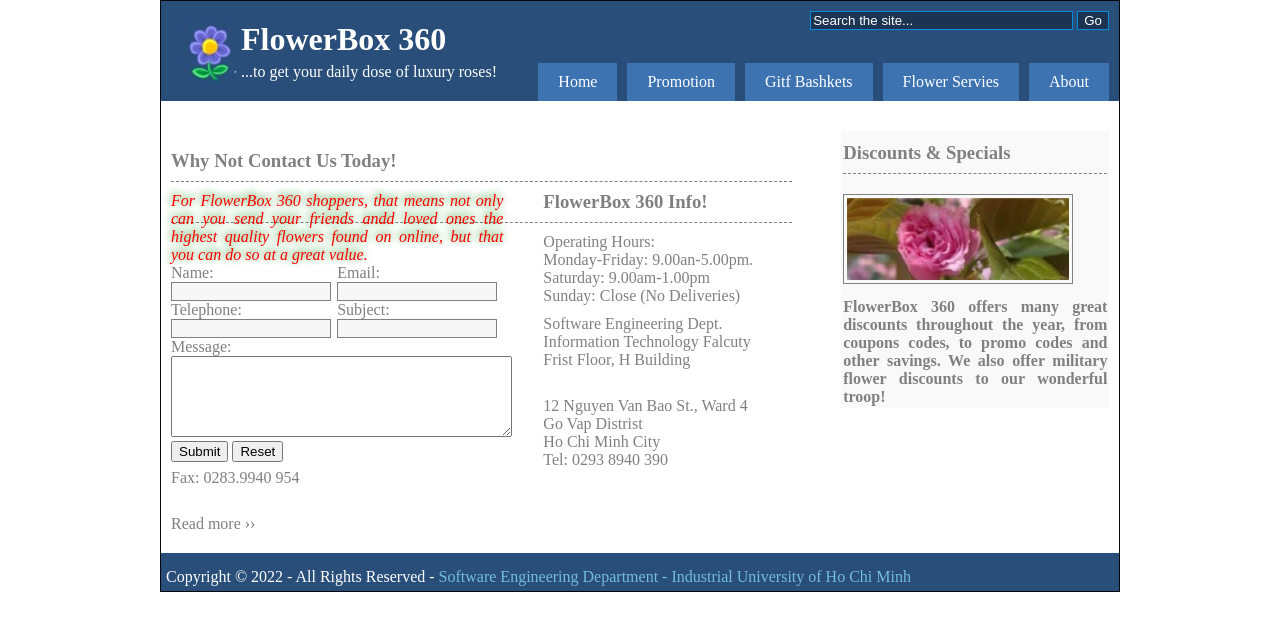
Repository: duongtheng/bai-tap-tuan-6
Page: html/index.html
An editor plug-in stored every save of this project. The page is shown before and after the next save, followed by the edit.
The browser window is 1280 px wide. The pictures show the whole page.

Above is the page before, as saved 2022-03-23 14:18:49.

### html/index.html
<!DOCTYPE html>
<html lang="en">
<head>
    <meta charset="UTF-8">
    <meta http-equiv="X-UA-Compatible" content="IE=edge">
    <meta name="viewport" content="width=device-width, initial-scale=1.0">
    <title>Tuan 06</title>
    <link rel="stylesheet" href="../css/style.css">
</head>
<body>
    <header>
        <img src="../img/logo.jpg" alt="">
        <h1>FlowerBox 360</h1>
        <p>...to get your daily dose of luxury roses!</p>
        <form action="">
            <input type="search" id="txtSearch" placeholder="Search the site..." size="30">
            <button>Go</button>
        </form>
        <ul class="menu-parent">
            <li><a href="">Home</a></li>
            <li><a href="">Promotion</a></li>
            <li><a href="">Gitf Bashkets</a></li>
            <li><a href="">Flower Servies</a>
                <ul class="menu-child">
                    <li><a href="">Flower for Wedding</a></li>
                    <li><a href="">Flower for Conference</a></li>
                </ul>
            </li>
            <li><a href="">About</a></li>
        </ul>
    </header>
    <section>
        <h3>Why Not Contact Us Today!</h3>
        <form action="">
            <p><i>For FlowerBox 360 shoppers, that means not only can you send your friends andd loved ones
                the highest quality flowers found on online, but that you can do so at a great value.
            </i></p>
            <div class="form-row">
                <div class="form-col">
                    <label for="txtName">Name: </label>
                    <input type="text" id="txtName">
                </div>
                <div class="form-col">
                    <label for="txtEmail">Email: </label>
                    <input type="email" id="txtEmail">
                </div>
            </div>
            <div class="form-row">
                <div class="form-col">
                    <label for="txtName">Telephone: </label>
                    <input type="text" id="txtName">
                </div>
                <div class="form-col">
                    <label for="txtEmail">Subject: </label>
                    <input type="email" id="txtEmail">
                </div>
            </div>
            <div class="form-row">
                <label for="txtMessage">Message: </label>
                <textarea id="txtMessage" cols="40" rows="5"></textarea>
            </div>
            <div class="form-row">
                <button type="submit">Submit </button>
                <button type="reset">Reset </button>
            </div>
        </form>

    <div id="section-right">
        <h3>FlowerBox 360 Info!</h3>
        <p>
            Operating Hours: <br> Monday-Friday: 9.00an-5.00pm. <br> Saturday: 9.00am-1.00pm <br> Sunday: Close (No Deliveries) <br>
        </p>
        <p>
            Software Engineering Dept. <br> Information Technology Falcuty <br> Frist Floor, H Building <br><br>
        </p>
        <p>
            12 Nguyen Van Bao St., Ward 4 <br> Go Vap Distrist <br> Ho Chi Minh City <br> Tel: 0293 8940 390 <br> Fax: 0283.9940 954
        </p>
        <br>
        <p>Read more &#155;&#155;</p>
    </div>
    </section>
    <aside>
        <h3>Discounts & Specials</h3>
        <img src="../img/flower.jpg" alt="">
        <p>
            FlowerBox 360 offers many great discounts throughout the year, from coupons codes, to promo codes and other savings.
            We also offer military flower discounts to our wonderful troop!
        </p>
    </aside>
    <footer>
        <p>
            <span style="color: white;">Copyright &copy; 2022 - All Rights Reserved - </span>
            <span style="color: rgb(114, 189, 219);">Software Engineering Department - Industrial University of Ho Chi Minh </span>
        </p>
    </footer>
</body>
</html>

### css/style.css
*{
    margin: 0 auto;
    box-sizing: border-box;
}

body{
    width: 960px;
    border: 1px solid rgb(6, 6, 14);
    color: gray;
}

header{
    height: 100px;
    background-color: #294e79;
    position: relative;
    color: white;
}

header img{
    position: absolute;
    top: 20px;
    left: 20px;
}

header h1{
    position: absolute;
    top: 20px;
    left: 80px;
}

header p{
    position: absolute;
    bottom: 20px;
    left: 80px;
}

header form{
    position: absolute;
    top: 10px;
    right: 10px;
}

.menu-parent{
    position: absolute;
    right: 10px;
    bottom: 0;
    display: flex;
    list-style: none;
}

.menu-parent a{
    color: white;
    padding: 10px 20px;
    display: block;
    text-decoration: none;
    background-color: #3d73b1;
    margin-left: 10px;
}

.menu-parent a:hover{
    color: rgb(63, 63, 139);
}

.menu-child{
    display: none;
}

.menu-parent li:hover .menu-child{
    display: block;
    position: absolute;
    margin-left: -40px;
}

header input,
header button{
    background-color: #1c3451;
    border: 1px solid #058bde;
}

header input::-webkit-input-placeholder,
header button{
    color: white;
}

section{
    width: 70%;
    float: left;
    padding: 40px 40px 20px 10px;
}

section form{
    width: 60%;
    float: left;
    padding-right: 40px;
}

section form p{
    text-shadow: green -1px -2px 0.5em;
}

section input{
    width: 160px;
    background-color: #f7f7f7;
    border: 1px solid gray;
}

section area{
    background-color: #f7f7f7;
    border: 1px solid gray;
}

section form p:first-child{
    color: red;
    text-shadow: 4px 4px 4px 5px green;
}

.section-right{
    width: 40%;
    float: right;
}

.form-col{
    width: 50%;
    float: left;
}

.form-row{
    clear: both;
    float: left;
}

aside{
    width: 28%;
    float: right;
    margin: 30px 1%;
    background-color: #f9f9f9;
    padding: 2px;
}

aside img{
    width: 230px;
    margin-top: 20px;
    border: 1px solid gray;
    padding: 3px;
}

p{
    margin-top: 10px;
    text-align: justify;
}

aside p:last-child{
    font-weight: bold;
    float: right;
}

h3{
    border-bottom: 1px dashed gray;
    line-height: 40px;
}

footer{
    clear: both;
    background-color: #294e79;
    padding: 5px;
}

After the next save:
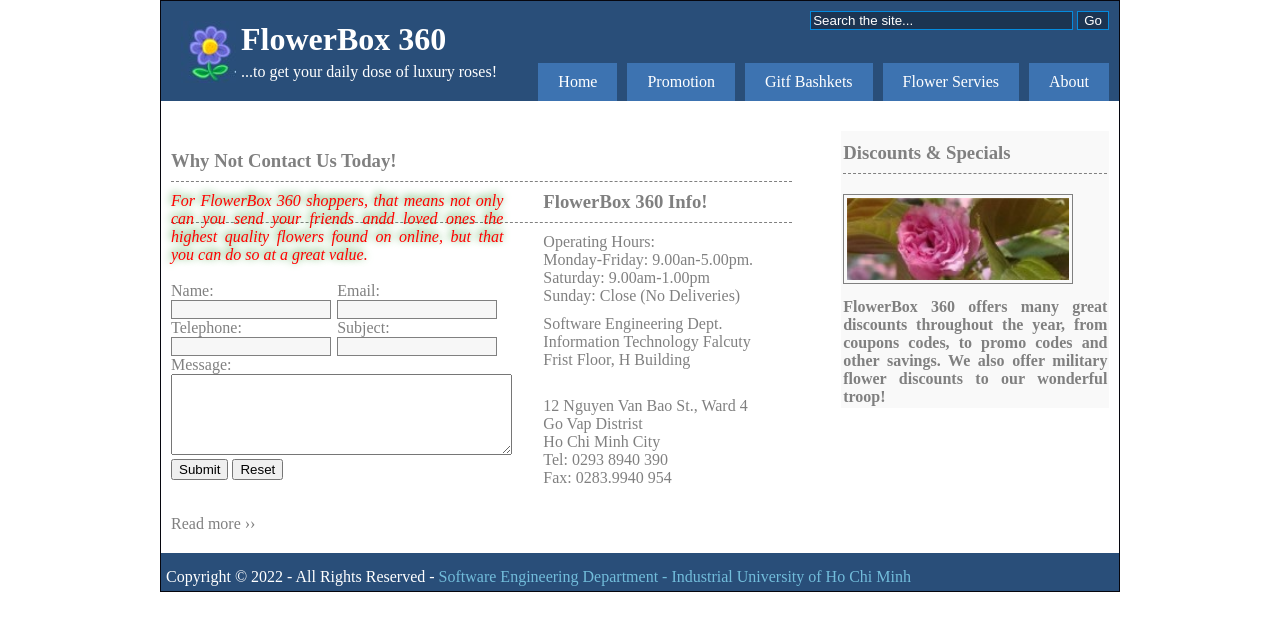
Saved 17 s later.
--- a/html/index.html
+++ b/html/index.html
@@ -34,7 +34,7 @@
         <form action="">
             <p><i>For FlowerBox 360 shoppers, that means not only can you send your friends andd loved ones
                 the highest quality flowers found on online, but that you can do so at a great value.
-            </i></p>
+            </i></p><br>
             <div class="form-row">
                 <div class="form-col">
                     <label for="txtName">Name: </label>

After the save that followed:
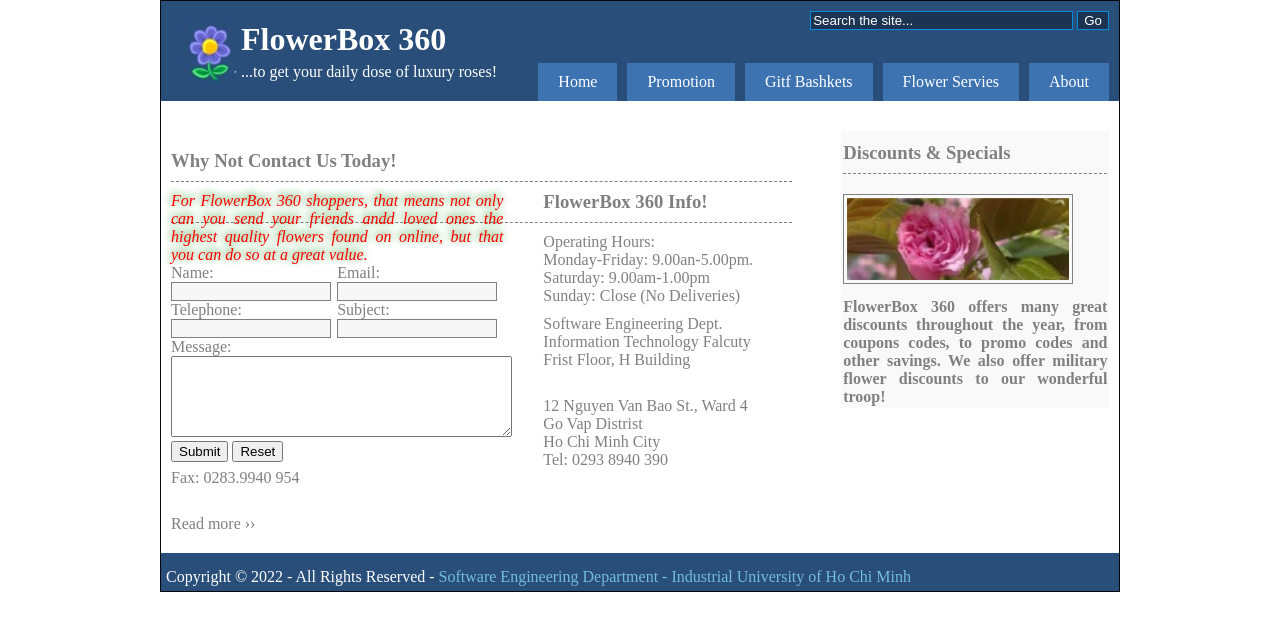
Saved 38 s later.
--- a/html/index.html
+++ b/html/index.html
@@ -34,7 +34,7 @@
         <form action="">
             <p><i>For FlowerBox 360 shoppers, that means not only can you send your friends andd loved ones
                 the highest quality flowers found on online, but that you can do so at a great value.
-            </i></p><br>
+            </i></p>
             <div class="form-row">
                 <div class="form-col">
                     <label for="txtName">Name: </label>
